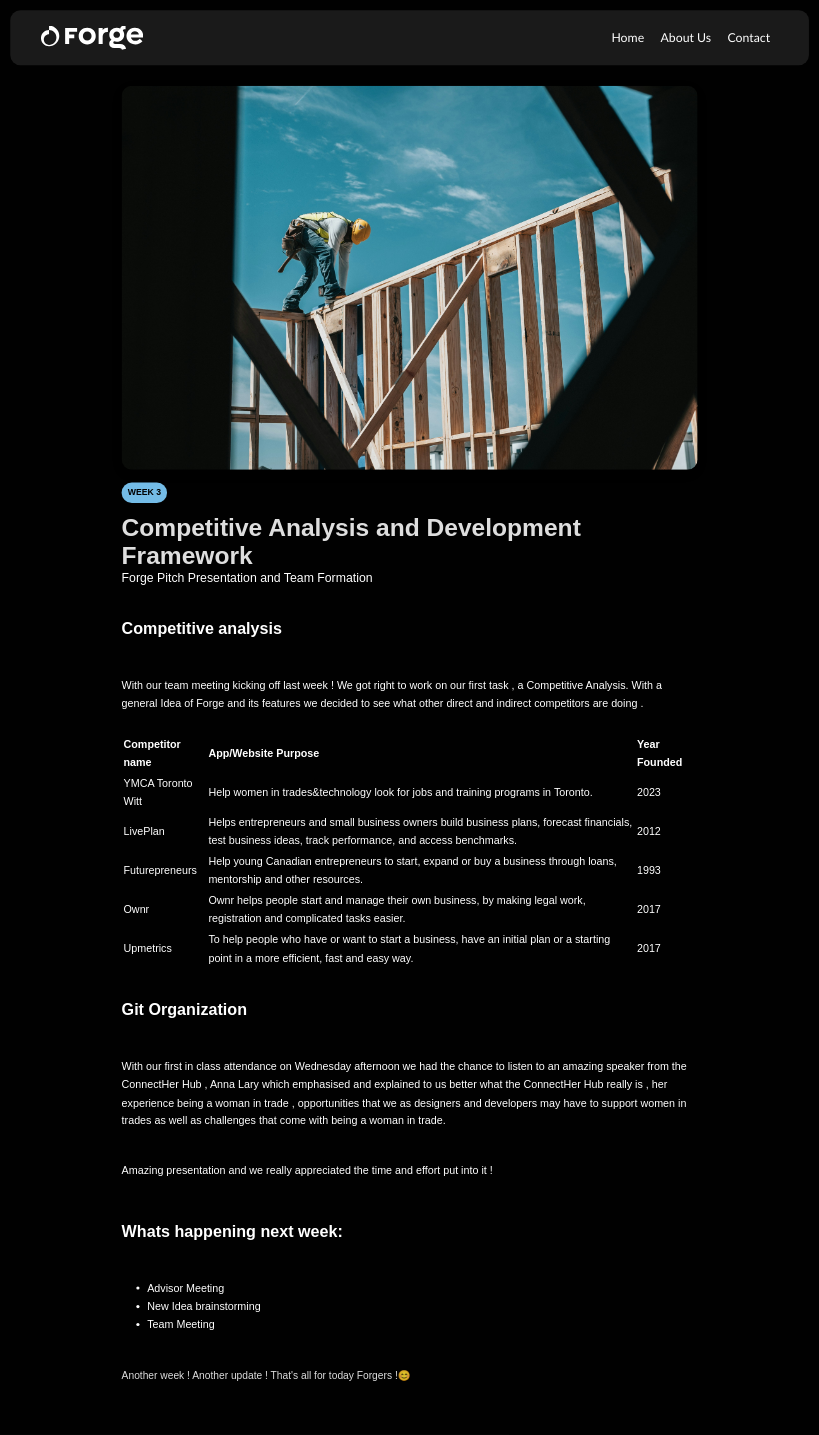
Repository: Forge-IDSP/Blog
Page: /week3
The author's editor kept a copy of each file at every save. The page is drawn from the files as they stood at one save, then again after the next save.
The browser window is 1280 px wide. The pictures show the whole page, at 64% of full size.
The project was rebuilt for these pictures with package versions that can differ from the ones it lists, and the page was loaded fresh each time. Also part of the build but not shown: vite.config.js, src/ui/card/card.module.css, src/ui/card/card.jsx, src/ui/footer/footer.module.css, src/ui/footer/footer.jsx, src/pages/home.jsx, src/pages/week1.jsx, src/pages/week2.jsx and 6 more.

Above is the page before, as saved 2025-10-27 12:48:40.

### index.html
<!DOCTYPE html>
<html lang="en">
    <head>
        <meta charset="UTF-8" />
        <link
            rel="icon"
            type="image/svg+xml"
            href="/vite.svg" />
        <meta
            name="viewport"
            content="width=device-width, initial-scale=1.0" />
        <title>Forge Blog</title>
    </head>
    <body>
        <div id="root"></div>
        <script
            type="module"
            src="/src/main.jsx"></script>
    </body>
</html>

### src/index.css
:root {
    font-family: var(--font-family);
    line-height: 1.5;
    font-weight: 400;

    color-scheme: light dark;
    color: rgba(255, 255, 255, 0.87);
    background-color: #242424;

    --space-small: 8px;
    --space-regular: 16px;

    font-synthesis: none;
    text-rendering: optimizeLegibility;
    -webkit-font-smoothing: antialiased;
    -moz-osx-font-smoothing: grayscale;
}

/* ------------------------------------------------------ GENERAL STYLES ------------------------------------------------------ */
*,
*::before,
*::after {
    box-sizing: inherit;
}

html,
body {
}

body {
}

html {
}

/* ------------------------------------------------------ VARIABLES ------------------------------------------------------ */
:root {
    /* ----- COLORS ----- */
    --primary-50: #fff1e6;
    --primary-100: #ffd4b0;
    --primary-200: #ffbf8a;
    --primary-300: #ffa155;
    --primary-400: #ff8f34;
    --primary-500: #ff7301;
    --primary-600: #e86901;
    --primary-700: #b55201;
    --primary-800: #8c3f01;
    --primary-900: #6b3000;

    --secondary-50: #eefae6;
    --secondary-100: #cbefb1;
    --secondary-200: #b2e88b;
    --secondary-300: #8fdd55;
    --secondary-400: #79d635;
    --secondary-500: #58cc02;
    --secondary-600: #50ba02;
    --secondary-700: #3e9101;
    --secondary-800: #307001;
    --secondary-900: #255601;

    /* -- neutral colors -- */

    --offwhite-500: #f9f9f9;
    --white: #ffffff;
    --black-50: #eaeaea;
    --black-100: #bebebd;
    --black-200: #9e9e9d;
    --black-300: #727271;
    --black-400: #575655;
    --black-500: #2d2c2b;

    /* ----- TYPE ----- */
    --font-family: "Nunito Sans", sans-serif;

    --font-size-extra-large: 88px;
    --font-size-large: 30px;
    --font-size-extra-medium: 24px;
    --font-size-medium: 20px;
    --font-size-regular: 16px;
    --font-size-small: 12px;
    --font-size-extra-small: 10px;

    --font-style-normal: normal;
    --font-weight-bold: bold;

    --line-height-xxlarge: 100px;
    --line-height-large: 36px;
    --line-height-medium: 28px;
    --line-height-small: 20px;

    /* ----- SPACING ----- */
    --space-extra-small: 4px;
    --space-small: 8px;
    --space-regular: 16px;
    --space-medium: 32px;
    --space-large: 48px;
    --space-extra-large: 140px;

    /* ----- Inner shadow ----- */
    --inner-shadow: 0 -2px 2px 0 rgba(0, 0, 0, 0.25);
}

### src/App.jsx
import { BrowserRouter as Router, Routes, Route } from "react-router-dom";
import Home from "./pages/home.jsx";
import Week1 from "./pages/week1.jsx";
import Week2 from "./pages/week2.jsx";
import Week3 from "./pages/week3.jsx";
import Week4 from "./pages/week4.jsx";
import Week5 from "./pages/week5.jsx";
import AboutUs from "./pages/aboutUs.jsx";
import ContactUs from "./pages/contactUs.jsx";

export default function App() {
    return (
        <Router>
            <Routes>
                <Route
                    path='/'
                    element={<Home />}
                />
                <Route
                    path='/week1'
                    element={<Week1 />}
                />
                <Route
                    path='/week2'
                    element={<Week2 />}
                />
                <Route
                    path='/week3'
                    element={<Week3 />}
                />
                <Route
                    path='/week4'
                    element={<Week4 />}
                />
                <Route
                    path='/week5'
                    element={<Week5 />}
                />
                <Route
                    path='/aboutUs'
                    element={<AboutUs />}
                />
                <Route
                    path='/contactUs'
                    element={<ContactUs />}
                />
            </Routes>
        </Router>
    );
}

### src/pages/week3.jsx
import styles from "./blogpost.module.css";
import "../App.css";
import Header from "../ui/header/header.jsx";

export default function Week3() {
    return (
        <>
            <Header />
            <article className={styles.post}>
                <figure className={styles.hero}>
                    <img
                        src='/blog-image1.jpg'
                        alt='Project Idea Presentation'
                    />
                </figure>

                <header className={styles.post_header}>
                    <span className={styles.week}>Week 3</span>
                    <h1 className={styles.title}>
                        Competitive Analysis and Development Framework
                    </h1>
                    <p className={styles.subtitle}>
                        Forge Pitch Presentation and Team Formation
                    </p>
                </header>

                <section className={styles.content}>
                    <h2 className={styles.section_header}>
                        Competitive analysis
                    </h2>
                    <p>
                        With our team meeting kicking off last week ! We got
                        right to work on our first task , a Competitive
                        Analysis. With a general Idea of Forge and its features
                        we decided to see what other direct and indirect
                        competitors are doing .
                    </p>
                    <div>
                        <table>
                            <tr>
                                <th>Competitor name</th>
                                <th>App/Website Purpose</th>
                                <th>Year Founded</th>
                            </tr>
                            <tr>
                                <td>YMCA Toronto Witt</td>
                                <td>
                                    Help women in trades&technology look for
                                    jobs and training programs in Toronto.
                                </td>
                                <td>2023</td>
                            </tr>
                            <tr>
                                <td>LivePlan</td>
                                <td>
                                    Helps entrepreneurs and small business
                                    owners build business plans, forecast
                                    financials, test business ideas, track
                                    performance, and access benchmarks.
                                </td>
                                <td>2012</td>
                            </tr>
                            <tr>
                                <td>Futurepreneurs</td>
                                <td>
                                    Help young Canadian entrepreneurs to start,
                                    expand or buy a business through loans,
                                    mentorship and other resources.
                                </td>
                                <td>1993</td>
                            </tr>

                            <tr>
                                <td>Ownr</td>
                                <td>
                                    Ownr helps people start and manage their own
                                    business, by making legal work, registration
                                    and complicated tasks easier.
                                </td>
                                <td>2017</td>
                            </tr>

                            <tr>
                                <td>Upmetrics</td>
                                <td>
                                    To help people who have or want to start a
                                    business, have an initial plan or a starting
                                    point in a more efficient, fast and easy
                                    way.
                                </td>
                                <td>2017</td>
                            </tr>
                        </table>
                    </div>
                </section>
                <section className={styles.content}>
                    <h2>Git Organization</h2>

                    <p>
                        With our first in class attendance on Wednesday
                        afternoon we had the chance to listen to an amazing
                        speaker from the ConnectHer Hub , Anna Lary which
                        emphasised and explained to us better what the
                        ConnectHer Hub really is , her experience being a woman
                        in trade , opportunities that we as designers and
                        developers may have to support women in trades as well
                        as challenges that come with being a woman in trade.
                    </p>
                    <p>
                        Amazing presentation and we really appreciated the time
                        and effort put into it !{" "}
                    </p>
                </section>
                <section className={styles.content}>
                    <h2>Whats happening next week:</h2>

                    <ul>
                        <li>Advisor Meeting</li>
                        <li>New Idea brainstorming</li>
                        <li>Team Meeting</li>
                    </ul>
                </section>

                <p>
                    Another week ! Another update ! That's all for today Forgers
                    !😊
                </p>
            </article>
        </>
    );
}

### src/ui/header/header.jsx
import style from "./header.module.css";
import { Link } from "react-router-dom";

function Header() {
    return (
        <div className={style.header}>
            <img
                src='/forge-logo.svg'
                alt='Forge Logo'
                className={style.logo}></img>
            <nav className={style.menu}>
                <a
                    className={style.menu_item}
                    href='/'>
                    Home
                </a>
                <Link
                    className={style.menu_item}
                    to='/AboutUs'>
                    About Us
                </Link>

                <Link
                    to='/ContactUs'
                    className={style.menu_item}>
                    Contact
                </Link>
            </nav>
        </div>
    );
}

export default Header;

### src/pages/blogpost.module.css
.post {
    --maxw: 900px;
    margin: 0 auto;
    padding: 1.5rem 3rem;
    max-width: var(--maxw);
    display: grid;
    gap: 1.25rem;
    text-align: left;
}

.hero {
    margin: 0;
    border-radius: 16px;
    overflow: hidden;
    line-height: 0;
    box-shadow: 0 6px 18px rgba(0, 0, 0, 0.08);
}

.hero img {
    width: 100%;
    height: auto;
    display: block;
}

.value_prop_image {
    width: 800;
    height: 450;
}

.header {
    display: grid;
    gap: 0.5rem;
}

.week {
    display: inline-block;
    font-size: 0.85rem;
    font-weight: bold;
    text-transform: uppercase;
    background: var(--color-primary-light);
    color: var(--black);
    padding: 0.35rem 0.6rem;
    border-radius: 999px;
    width: fit-content;
    margin-bottom: 1rem;
}

.title {
    font-size: clamp(1.75rem, 3vw, 2.5rem);
    line-height: 1.15;
    margin: 0;
    text-align: left;
}

.subtitle {
    font-size: clamp(1rem, 2vw, 1.2rem);
    color: var(--white);
    margin: 0;
    text-align: left;
}

.content {
    font-size: 1.05rem;
    line-height: 1.7;
    color: var(--white);
    display: grid;
    gap: 1rem;
    text-align: left;
}

.content a {
    text-decoration: underline;
}

@media (min-width: 1000px) {
    .post {
        padding: 2rem 1rem 3rem;
    }
}

### src/App.css
#root {
    margin: 0 auto;
    padding: 1rem;
    text-align: center;
    background-color: var(--black);

    --color-primary-dark: #1c2c3e;
    --color-primary-light: #74bce7;
    --color-secondary-dark: #452035;
    --color-secondary-light: #ec635d;
    --black: #010101;
    --dark-grey: #1a1a1a;
    --grey: #2e2e2e;
    --white: #ffffff;
}

body,
html {
    height: 100%;
    margin: 0;
    padding: 0;
    background-color: var(--black);
}

#root,
.page {
    background-color: var(--black);
    margin-bottom: 2rem;
}

.page {
    display: flex;
    flex-direction: column;
}

.title {
    font-size: 5rem;
    color: var(--white);
    line-height: 5rem;
    margin-bottom: 1rem;
}

.subtitle {
    font-size: 2rem;
}

.post_container {
    display: grid;
    grid-template-columns: repeat(3, 1fr);
    gap: 2rem;
    background-color: var(--dark-grey);
    padding: 3rem;
    border-radius: 16px;
    align-items: center;
    justify-content: center;
    justify-items: center;
    margin-bottom: 2rem;
    margin-top: 2rem;
}

/* Tablet: 2 columns */
@media (max-width: 1300px) {
    .post_container {
        grid-template-columns: repeat(2, 1fr);
        padding: 1.5rem;
        gap: 1.5rem;
    }
}

/* Mobile: 1 column */
@media (max-width: 600px) {
    .post_container {
        grid-template-columns: 1fr;
        padding: 1rem;
        gap: 1rem;
    }
}

### src/ui/header/header.module.css
.header {
    background-color: var(--dark-grey);
    display: flex;
    justify-content: space-between;
    align-items: center;
    padding: 1rem 3rem;
    border-radius: 16px;
}

.logo {
    width: 10rem;
}

.menu {
    display: flex;
    gap: rem;
}

.menu_item {
    font-size: 1.2rem;
    text-decoration: none;
    color: var(--white);
    font-family: "Trebuchet MS", "Lucida Sans Unicode", "Lucida Grande",
        "Lucida Sans", Arial, sans-serif;
    padding: 0.8rem;
}

.menu_item:hover {
    background-color: var(--color-primary-dark);
    padding: 0.8rem;
    border-radius: 8px;
}

Loaded but not shown: src/main.jsx (common file)

After the next save:
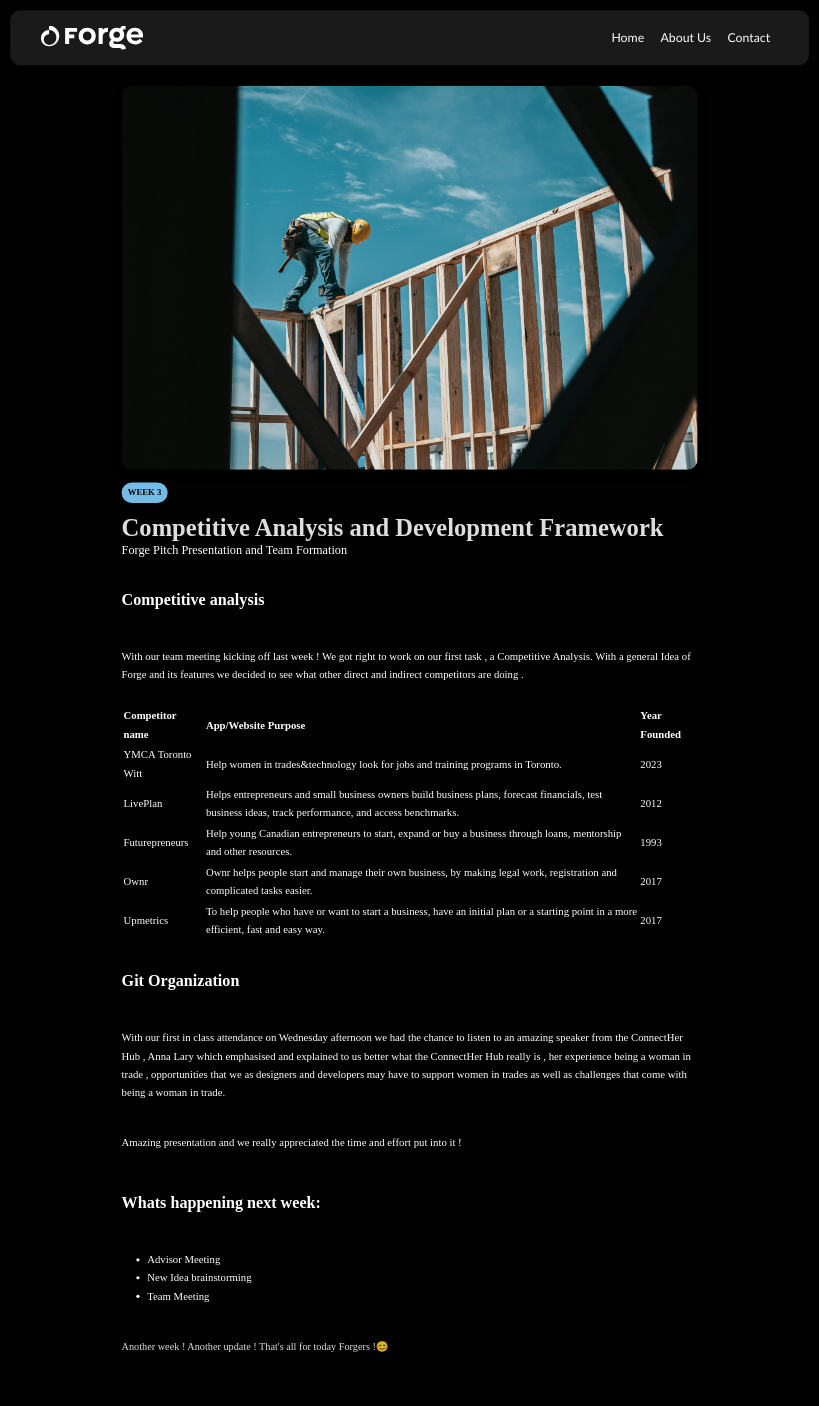
Saved 103 s later.
--- a/src/index.css
+++ b/src/index.css
@@ -15,87 +15,3 @@
     -webkit-font-smoothing: antialiased;
     -moz-osx-font-smoothing: grayscale;
 }
-
-/* ------------------------------------------------------ GENERAL STYLES ------------------------------------------------------ */
-*,
-*::before,
-*::after {
-    box-sizing: inherit;
-}
-
-html,
-body {
-}
-
-body {
-}
-
-html {
-}
-
-/* ------------------------------------------------------ VARIABLES ------------------------------------------------------ */
-:root {
-    /* ----- COLORS ----- */
-    --primary-50: #fff1e6;
-    --primary-100: #ffd4b0;
-    --primary-200: #ffbf8a;
-    --primary-300: #ffa155;
-    --primary-400: #ff8f34;
-    --primary-500: #ff7301;
-    --primary-600: #e86901;
-    --primary-700: #b55201;
-    --primary-800: #8c3f01;
-    --primary-900: #6b3000;
-
-    --secondary-50: #eefae6;
-    --secondary-100: #cbefb1;
-    --secondary-200: #b2e88b;
-    --secondary-300: #8fdd55;
-    --secondary-400: #79d635;
-    --secondary-500: #58cc02;
-    --secondary-600: #50ba02;
-    --secondary-700: #3e9101;
-    --secondary-800: #307001;
-    --secondary-900: #255601;
-
-    /* -- neutral colors -- */
-
-    --offwhite-500: #f9f9f9;
-    --white: #ffffff;
-    --black-50: #eaeaea;
-    --black-100: #bebebd;
-    --black-200: #9e9e9d;
-    --black-300: #727271;
-    --black-400: #575655;
-    --black-500: #2d2c2b;
-
-    /* ----- TYPE ----- */
-    --font-family: "Nunito Sans", sans-serif;
-
-    --font-size-extra-large: 88px;
-    --font-size-large: 30px;
-    --font-size-extra-medium: 24px;
-    --font-size-medium: 20px;
-    --font-size-regular: 16px;
-    --font-size-small: 12px;
-    --font-size-extra-small: 10px;
-
-    --font-style-normal: normal;
-    --font-weight-bold: bold;
-
-    --line-height-xxlarge: 100px;
-    --line-height-large: 36px;
-    --line-height-medium: 28px;
-    --line-height-small: 20px;
-
-    /* ----- SPACING ----- */
-    --space-extra-small: 4px;
-    --space-small: 8px;
-    --space-regular: 16px;
-    --space-medium: 32px;
-    --space-large: 48px;
-    --space-extra-large: 140px;
-
-    /* ----- Inner shadow ----- */
-    --inner-shadow: 0 -2px 2px 0 rgba(0, 0, 0, 0.25);
-}

After the save that followed:
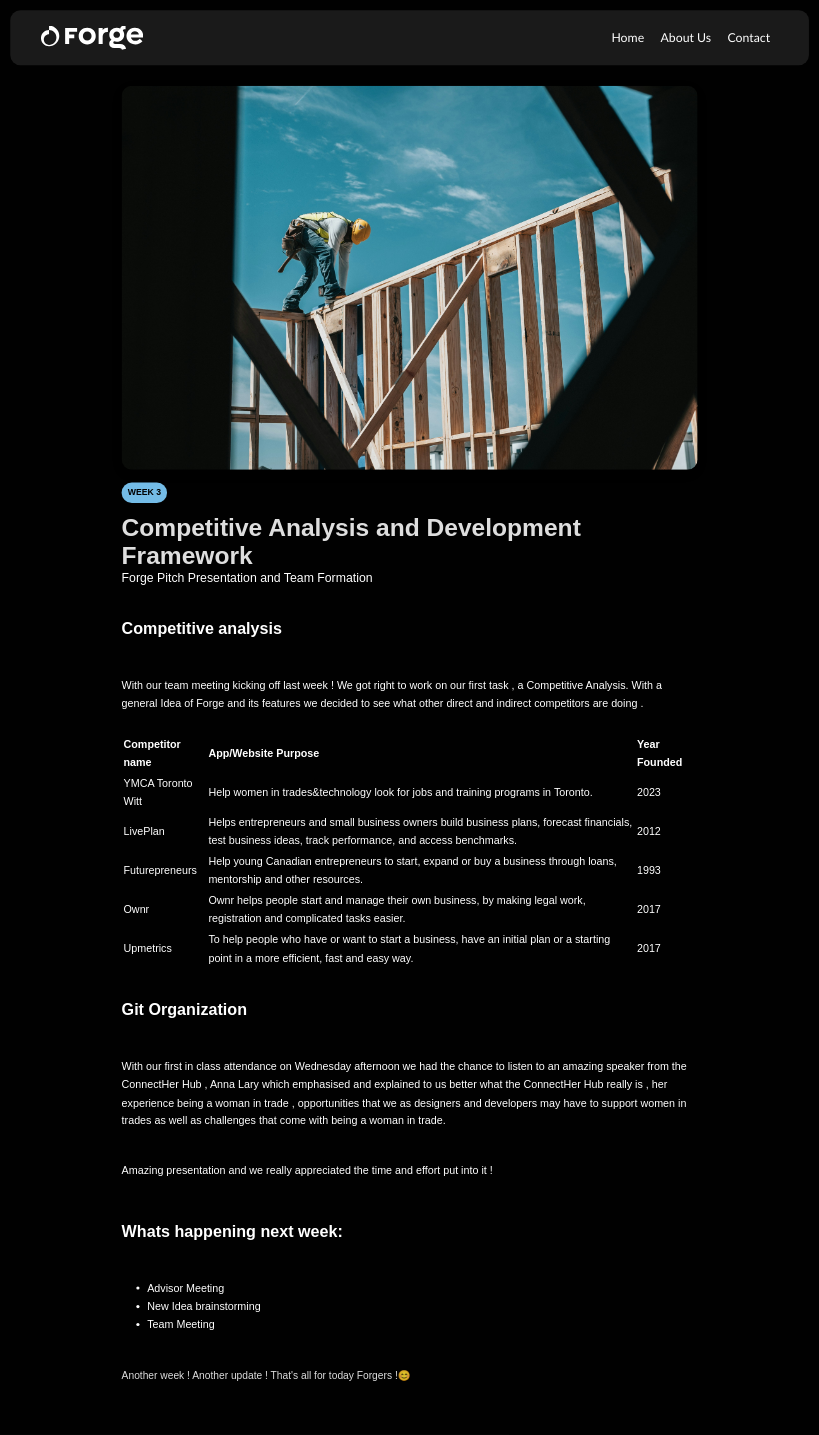
Saved 103 s later.
--- a/src/index.css
+++ b/src/index.css
@@ -15,3 +15,70 @@
     -webkit-font-smoothing: antialiased;
     -moz-osx-font-smoothing: grayscale;
 }
+
+/* ------------------------------------------------------ VARIABLES ------------------------------------------------------ */
+:root {
+    /* ----- COLORS ----- */
+    --primary-50: #fff1e6;
+    --primary-100: #ffd4b0;
+    --primary-200: #ffbf8a;
+    --primary-300: #ffa155;
+    --primary-400: #ff8f34;
+    --primary-500: #ff7301;
+    --primary-600: #e86901;
+    --primary-700: #b55201;
+    --primary-800: #8c3f01;
+    --primary-900: #6b3000;
+
+    --secondary-50: #eefae6;
+    --secondary-100: #cbefb1;
+    --secondary-200: #b2e88b;
+    --secondary-300: #8fdd55;
+    --secondary-400: #79d635;
+    --secondary-500: #58cc02;
+    --secondary-600: #50ba02;
+    --secondary-700: #3e9101;
+    --secondary-800: #307001;
+    --secondary-900: #255601;
+
+    /* -- neutral colors -- */
+
+    --offwhite-500: #f9f9f9;
+    --white: #ffffff;
+    --black-50: #eaeaea;
+    --black-100: #bebebd;
+    --black-200: #9e9e9d;
+    --black-300: #727271;
+    --black-400: #575655;
+    --black-500: #2d2c2b;
+
+    /* ----- TYPE ----- */
+    --font-family: "Nunito Sans", sans-serif;
+
+    --font-size-extra-large: 88px;
+    --font-size-large: 30px;
+    --font-size-extra-medium: 24px;
+    --font-size-medium: 20px;
+    --font-size-regular: 16px;
+    --font-size-small: 12px;
+    --font-size-extra-small: 10px;
+
+    --font-style-normal: normal;
+    --font-weight-bold: bold;
+
+    --line-height-xxlarge: 100px;
+    --line-height-large: 36px;
+    --line-height-medium: 28px;
+    --line-height-small: 20px;
+
+    /* ----- SPACING ----- */
+    --space-extra-small: 4px;
+    --space-small: 8px;
+    --space-regular: 16px;
+    --space-medium: 32px;
+    --space-large: 48px;
+    --space-extra-large: 140px;
+
+    /* ----- Inner shadow ----- */
+    --inner-shadow: 0 -2px 2px 0 rgba(0, 0, 0, 0.25);
+}
